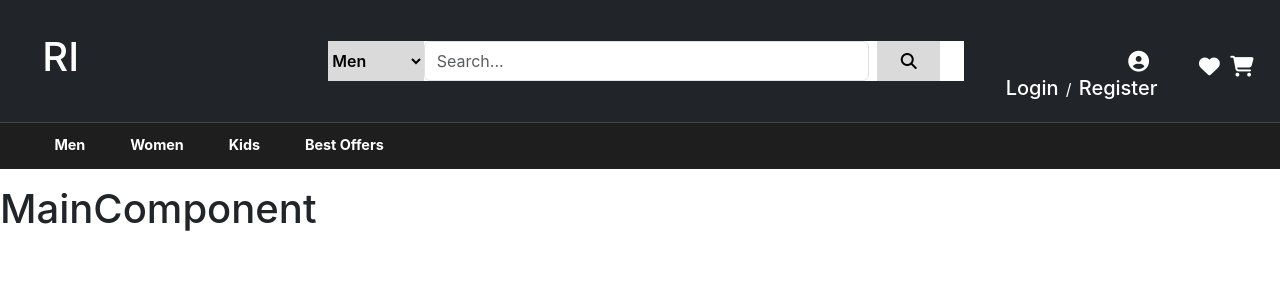
Repository: KodandaraoChellapilli/e-store
Page: /
The author's editor kept a copy of each file at every save. The page is drawn from the files as they stood at one save, then again after the next save.
The browser window is 1280 px wide. The pictures show the whole page.
The project was rebuilt for these pictures with package versions that can differ from the ones it lists, and the page was loaded fresh each time. Also part of the build but not shown: src/App.css.

Above is the page before, as saved 2025-06-09 12:55:57.

### public/index.html
<!DOCTYPE html>
<html lang="en">
  <head>
    <meta charset="utf-8" />
    <link rel="icon" href="%PUBLIC_URL%/favicon.ico" />
    <meta name="viewport" content="width=device-width, initial-scale=1" />
    <meta name="theme-color" content="#000000" />
    <meta
      name="description"
      content="Web site created using create-react-app"
    />
    <link rel="apple-touch-icon" href="%PUBLIC_URL%/logo192.png" />
    <!--
      manifest.json provides metadata used when your web app is installed on a
      user's mobile device or desktop. See https://developers.google.com/web/fundamentals/web-app-manifest/
    -->
    <link rel="manifest" href="%PUBLIC_URL%/manifest.json" />

    <link rel="stylesheet"   href="https://cdnjs.cloudflare.com/ajax/libs/font-awesome/6.7.2/css/all.min.css"/>


    <link href="https://cdn.jsdelivr.net/npm/bootstrap@5.3.6/dist/css/bootstrap.min.css" rel="stylesheet" integrity="sha384-4Q6Gf2aSP4eDXB8Miphtr37CMZZQ5oXLH2yaXMJ2w8e2ZtHTl7GptT4jmndRuHDT" crossorigin="anonymous">
    <!--
      Notice the use of %PUBLIC_URL% in the tags above.
      It will be replaced with the URL of the `public` folder during the build.
      Only files inside the `public` folder can be referenced from the HTML.

      Unlike "/favicon.ico" or "favicon.ico", "%PUBLIC_URL%/favicon.ico" will
      work correctly both with client-side routing and a non-root public URL.
      Learn how to configure a non-root public URL by running `npm run build`.
    -->
    <title>React App</title>
  </head>
  <body>
    <noscript>You need to enable JavaScript to run this app.</noscript>
    <div id="root"></div>
    <!--
      This HTML file is a template.
      If you open it directly in the browser, you will see an empty page.

      You can add webfonts, meta tags, or analytics to this file.
      The build step will place the bundled scripts into the <body> tag.

      To begin the development, run `npm start` or `yarn start`.
      To create a production bundle, use `npm run build` or `yarn build`.
    -->
  </body>
</html>

### src/App.js
import logo from './logo.svg';
import './App.css';
import TopNav from './Components/TopNav';
import  CatNav from './Components/CatNav';
import MainComponent from './Components/MainComponent';



function App() {
  return (
    <div className="App">

      <TopNav />
      <CatNav />
      <MainComponent />

    </div>
  );
}

export default App;

### src/Components/TopNav/index.js

import './_top-nav.scss';




const TopNav = ()=>{

    return (
        <div>

            <div className='header bg-dark'>
                    <div className='row'>

                    <div className='brand my-1'>
                        <h1>RI</h1>
                    </div>

                    <div className='inp-container p-0 my-4 w-50 h-25 bg-white'>

                        <div className='dropdown m-0 p-0'>
                        <select className='select-btn w-100 p-0 m-0'>
                            <option>Men</option>
                            <option>Women</option>
                            <option>Kids</option>
                        </select>
                        </div>

                        <input className='form-control' placeholder='Search...' />
                        <button><i className='fa fa-search'></i></button>

                    </div>

                    <div className='login-container p-0'>
                        <i className='fa fa-user-circle user-icon'></i>
                        <div className='auth-links'>
                        <h5><a href='#'>Login</a></h5>
                        <span> / </span>
                        <h5><a href="#">Register</a></h5>
                        </div>
                    </div>

                    <div className='cart-wishlist'>
                        <ul className='p-0'>
                        <li className='list-icon'><i className='fa fa-heart'></i></li>
                        <li className='list-icon'><i className='fa fa-shopping-cart'></i></li>
                        </ul>
                    </div>

                    </div>
      </div>
        </div>
    )

}

export default TopNav

### src/Components/CatNav/index.js
import './_cat-nav.scss';


const CatNav =()=> {
    return (
        <>

        <div className='cat-nav-container continer'>
            <ul>
                <li className ='list-items'> <a href='#'> Men  </a></li>
                <li className ='list-items' > <a href='#'> Women </a></li>
                <li  className ='list-items'> <a href='#'> Kids </a></li>
                <li  className ='list-items'> <a href='#'> Best Offers </a></li>

            </ul>
        </div>


        </>
    )
}

export default CatNav;

### src/Components/MainComponent/index.js
import './_main-component.scss';

const MainComponent =()=> {

    return (
        <div>
            <h1>MainComponent</h1>
        </div>
    )
}

export default MainComponent;

### src/Components/TopNav/_top-nav.scss
@import '../../style/sass/variables';

.header {
  max-width: 100%;
  box-shadow: 5px 5px 20px gray;
  padding: 1em;
}

.row {
  display: flex;
  align-items: center;
  flex-wrap: wrap;
  justify-content: space-between;
}

.brand {
  color: white;
  margin-left: 2%;
  padding: 0.8em;
  width: 23%;
}

.inp-container {
  display: flex;
  align-items: center;
  width: 50%;
  padding: 0.5em;
  background-color: white;
}

.inp-container .dropdown {
  width: 15%;
  margin-right: 0.5em;
}

.drropdown{
    width: 15%;
}

.select-btn {
  height: $element-height;
  border: none;
  background-color: #dadada;
  font-weight: 600;
  width: 100%;
}

.inp-container input {
  width: 70%;
  height: $element-height;
  margin-right: 0.5em;
}

.inp-container button {
  width: 10%;
  height: $element-height;
  border: none;
  background-color: #dadada;
}

.login-container {
  width: 15%;
  color: white;
  text-align: right;
  margin: 1.7em 0.2em 0 0;
}

.user-icon {
  margin-right: 0.4em;
  padding: 0.2em;
  font-size: $icon-font;
}

.auth-links {
  display: inline-block;
}

.login-container h5,
.login-container span {
  display: inline-block;
  margin: 0 0.2em;
}

.login-container a {
  text-decoration: none;
  color: white;
}

.cart-wishlist {
  width: 7%;
  margin-top: 1.7em;
  margin-left: 1em;
}

.cart-wishlist .list-icon {
  color: white;
  font-size: $icon-font;
  list-style-type: none;
  display: inline-block;
  margin-right: 0.5em;
}

### src/Components/CatNav/_cat-nav.scss
@import '../../style/sass/variables';
@import '../../style/sass/mixins';


.cat-nav-container {
  background-color: #1e1e1e; // Dark background for nav
  max-width: 100%; // Makes the nav bar take full width
  border-top: 1px solid #444444; // Adds a subtle top border

  .list-items {
    list-style-type: none; // Removes bullets from the list
    display: inline-block; // Aligns list items horizontally
    margin: 0.2em 1em; // Space around each list item
    padding: 0.4em; // Inner spacing
    height: 2.5em; // Sets height of each item
  }

  a {
    text-decoration: none; // Removes underline from links
    color: white; // Makes link text white
    height: 1.8em; // Sets height of the anchor tag
    font-size: 0.9em; // Slightly smaller font
    font-weight: 700; // Makes text bold

    &::after {
      content: ''; // Creates a fake element after <a>
      display: block; // Makes it act like a visible block
      bottom: 0; // Align it to bottom (needs position to work correctly)
      left: 0; // Align it to left side
      height: 0.2em; // Thin line height
      background-color:$accent-color; // Line color
      transform: scaleX(0); // Starts invisible
      @include transition(transform, 0.2s )
    }

    &:hover::after {
      transform: scaleX(1.1); // When hovering, stretch the line slightly
    }
  }
}

### src/style/sass/_variables.scss
$accent-color: red;
$icon-font: 1.3em;
$element-height: 2.5em;

### src/style/sass/_mixins.scss
@mixin transition($property, $duration) {
  transition-property: $property;
  transition-duration: $duration;
}

Loaded but not shown: src/index.js (common file); src/index.css (common file); src/reportWebVitals.js (common file); src/Components/MainComponent/_main-component.scss (no stored copy; drawn as an empty file)

After the next save:
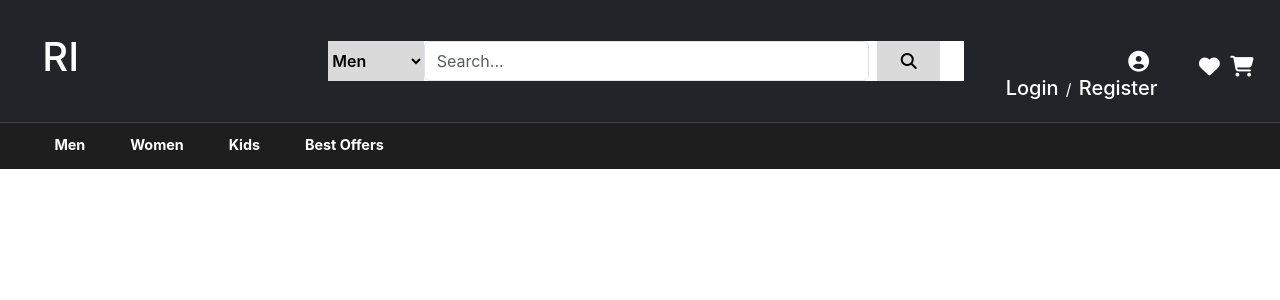
Saved 2 min 11 s later.
--- a/src/Components/MainComponent/index.js
+++ b/src/Components/MainComponent/index.js
@@ -4,7 +4,9 @@ const MainComponent =()=> {
 
     return (
         <div>
-            <h1>MainComponent</h1>
+            <div className='container-fluid'>
+                <div className='col-lg-2 col-md-3 col-sm-4'></div>
+            </div>
         </div>
     )
 }
